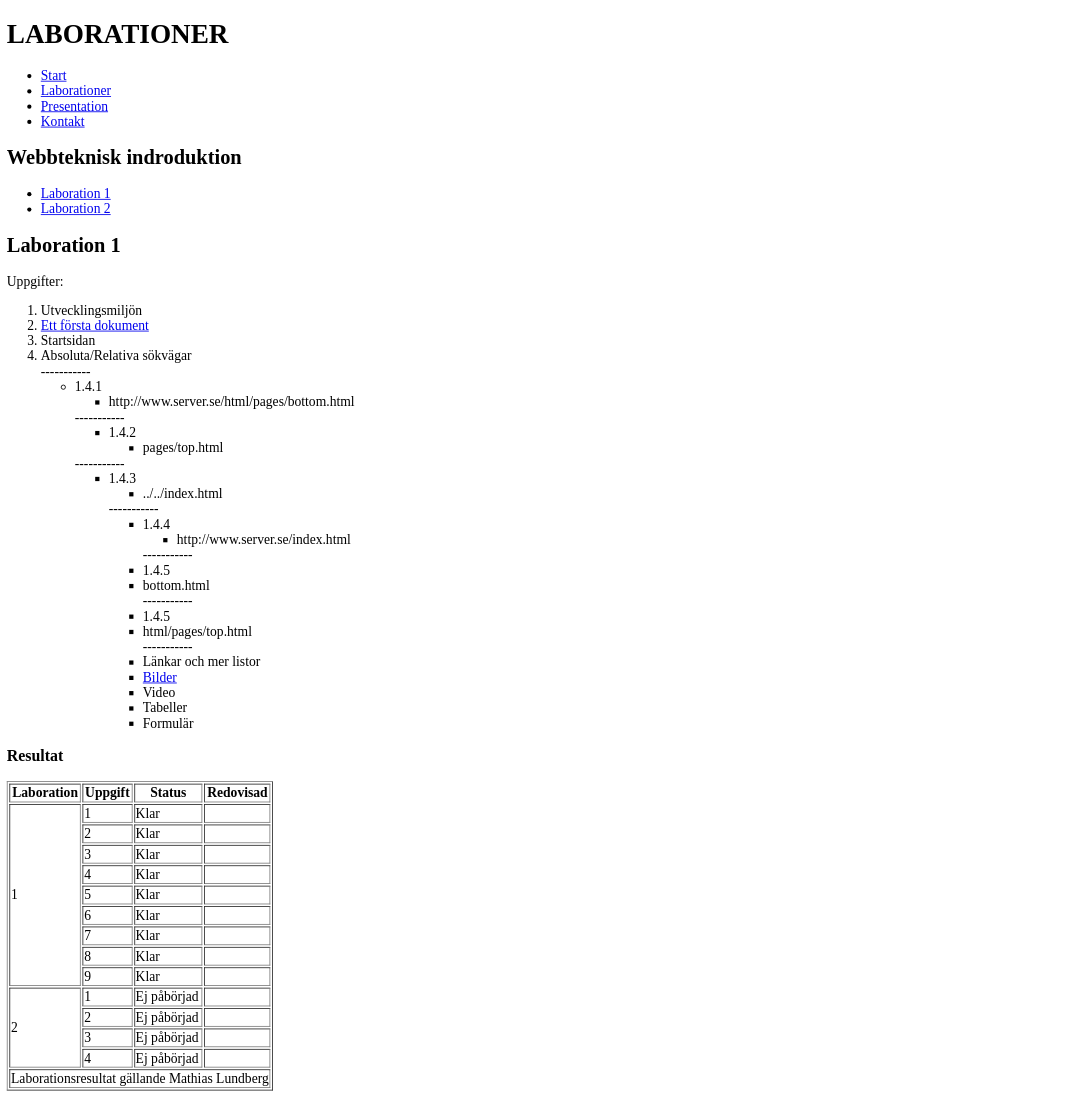
Repository: ml223nw/1ik415-laborationer
Page: pages/laborationer.html
The author's editor kept a record of every edit. The page is drawn from the files as they stood at one moment, then again after the next edit.
The browser window is 1280 px wide. The pictures show the whole page, at 85% of full size.

Above is the page before.

### pages/laborationer.html
<!DOCTYPE html>
<html lang="sv">
    <head>
        <meta charset="utf-8">
        <title>Laborationer - Mathias portal</title>

    </head>
    <body>

        <h1>LABORATIONER</h1>

            <ul>
        <li><a href="https://1ik415-laborationer-c9-ml223nw.c9.io/index.html">Start</a></li>
            <li><a href="../pages/laborationer.html">Laborationer</a></li>
                <li><a href="../pages/presentation.html">Presentation</a></li>
                    <li><a href="../pages/kontakt.html">Kontakt</a></li>
    </ul>

        <h2>Webbteknisk indroduktion</h2>

            <ul>
        <li><a href="http://coursepress.lnu.se/kurs/webbteknisk-introduktion/laborationer/l01-struktur-och-innehall/">Laboration 1</a></li>
            <li><a href="https://coursepress.lnu.se/kurs/webbteknisk-introduktion/laborationer/l02-en-stiligare-portal/">Laboration 2</a></li>
    </ul>

        <h2>Laboration 1</h2>

        <p>Uppgifter:</p>

    <ol>
      <li>Utvecklingsmiljön</li>
      <li><a href="../pages/presentation.html#jag">Ett första dokument</a></li>
      <li>Startsidan</li>

      <li>Absoluta/Relativa sökvägar</li>
        -----------
    <ul>
        <li>1.4.1</li>
          <ul>
              <li>http://www.server.se/html/pages/bottom.html</li>
            </ul>
        -----------
     <ul>
        <li>1.4.2</li>
          <ul>
              <li>pages/top.html</li>
            </ul>
    </ul>
        -----------
    <ul>
        <li>1.4.3</li>
          <ul>
        <li>../../index.html</li>
            </ul>
        -----------
    <ul>
        <li>1.4.4</li>
          <ul>
        <li>http://www.server.se/index.html</li>
            </ul>
        -----------
        <li>1.4.5</li>
        <li>bottom.html</li>
        -----------
        <li>1.4.5</li>
        <li>html/pages/top.html</li>
        -----------

      <li>Länkar och mer listor</li>
      <li><a href="../index.html#svg">Bilder</a></li>
      <li>Video</li>
      <li>Tabeller</li>
      <li>Formulär</li>

    </ol>


          <h3>Resultat</h3>
  <table border='1'>
    <thead>
      <tr>
        <th>Laboration</th>
        <th>Uppgift</th>
        <th>Status</th>
        <th>Redovisad</th>
      </tr>
    </thead>
    <tbody>
      <tr>
      <td rowspan="9">1</td>
        <td>1</td>
        <td>Klar</td>
        <td></td>
      </tr>

          <tr>
            <td>2</td>
            <td>Klar</td>
            <td></td>
          </tr>

          <tr>
            <td>3</td>
            <td>Klar</td>
            <td></td>
          </tr>

          <tr>
            <td>4</td>
            <td>Klar</td>
            <td></td>
          </tr>

          <tr>
            <td>5</td>
            <td>Klar</td>
            <td></td>
          </tr>

          <tr>
            <td>6</td>
            <td>Klar</td>
            <td></td>
          </tr>

          <tr>
            <td>7</td>
            <td>Klar</td>
            <td></td>
          </tr>

          <tr>
            <td>8</td>
            <td>Klar</td>
            <td></td>
          </tr>

          <tr>
            <td>9</td>
            <td>Klar</td>
            <td></td>
          </tr>

          <tr>
          <td rowspan="4">2</td>
            <td>1</td>
            <td>Ej påbörjad</td>
            <td></td>
          </tr>

          <tr>
            <td>2</td>
            <td>Ej påbörjad</td>
            <td></td>
          </tr>

          <tr>
            <td>3</td>
            <td>Ej påbörjad</td>
            <td></td>
          </tr>

          <tr>
            <td>4</td>
            <td>Ej påbörjad</td>
            <td></td>
          </tr>
          </tbody>
      <tfoot>
      <tr>
          <td colspan="4">Laborationsresultat gällande Mathias Lundberg</td>
      </tr>
      </tfoot>
  </table>


        </body>
</html>

After the next edit:
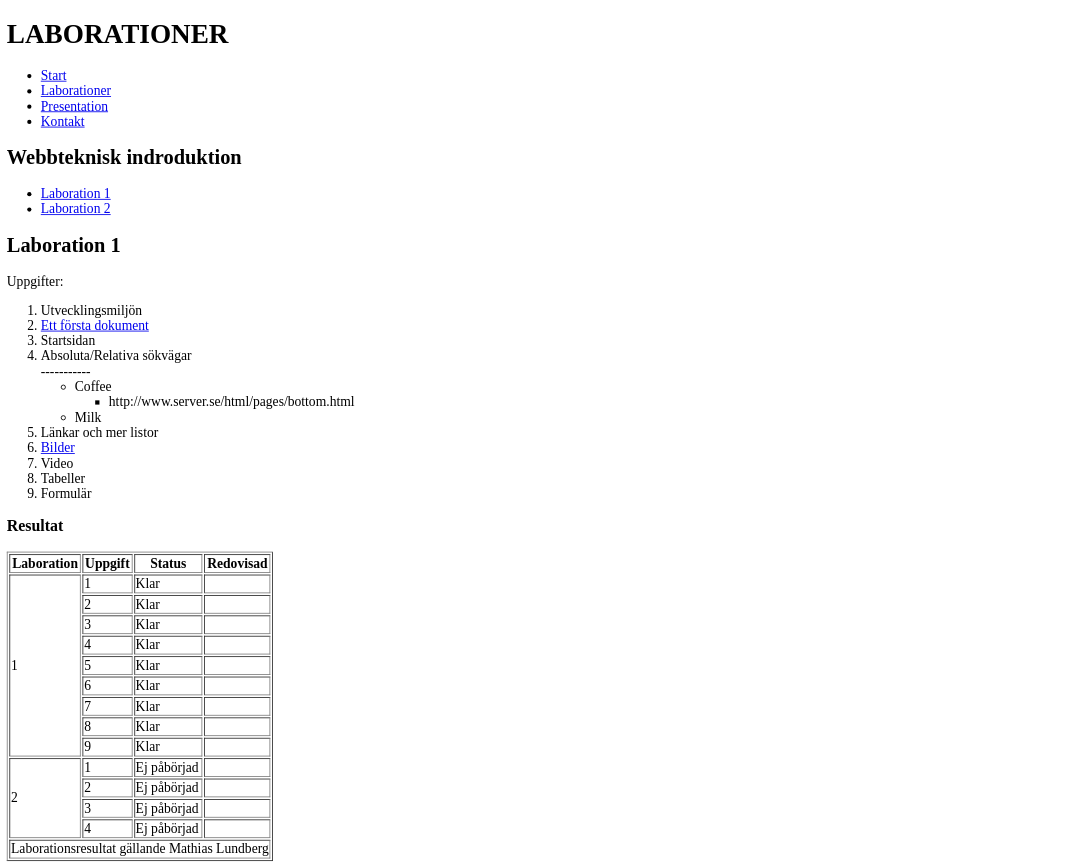
The edit:
--- a/pages/laborationer.html
+++ b/pages/laborationer.html
@@ -34,37 +34,14 @@
 
       <li>Absoluta/Relativa sökvägar</li>
         -----------
+<ul>
+  <li>Coffee</li>
     <ul>
-        <li>1.4.1</li>
-          <ul>
-              <li>http://www.server.se/html/pages/bottom.html</li>
-            </ul>
-        -----------
-     <ul>
-        <li>1.4.2</li>
-          <ul>
-              <li>pages/top.html</li>
-            </ul>
+      <li>http://www.server.se/html/pages/bottom.html</li>
     </ul>
-        -----------
-    <ul>
-        <li>1.4.3</li>
-          <ul>
-        <li>../../index.html</li>
-            </ul>
-        -----------
-    <ul>
-        <li>1.4.4</li>
-          <ul>
-        <li>http://www.server.se/index.html</li>
-            </ul>
-        -----------
-        <li>1.4.5</li>
-        <li>bottom.html</li>
-        -----------
-        <li>1.4.5</li>
-        <li>html/pages/top.html</li>
-        -----------
+  </li>
+  <li>Milk</li>
+</ul>
 
       <li>Länkar och mer listor</li>
       <li><a href="../index.html#svg">Bilder</a></li>
